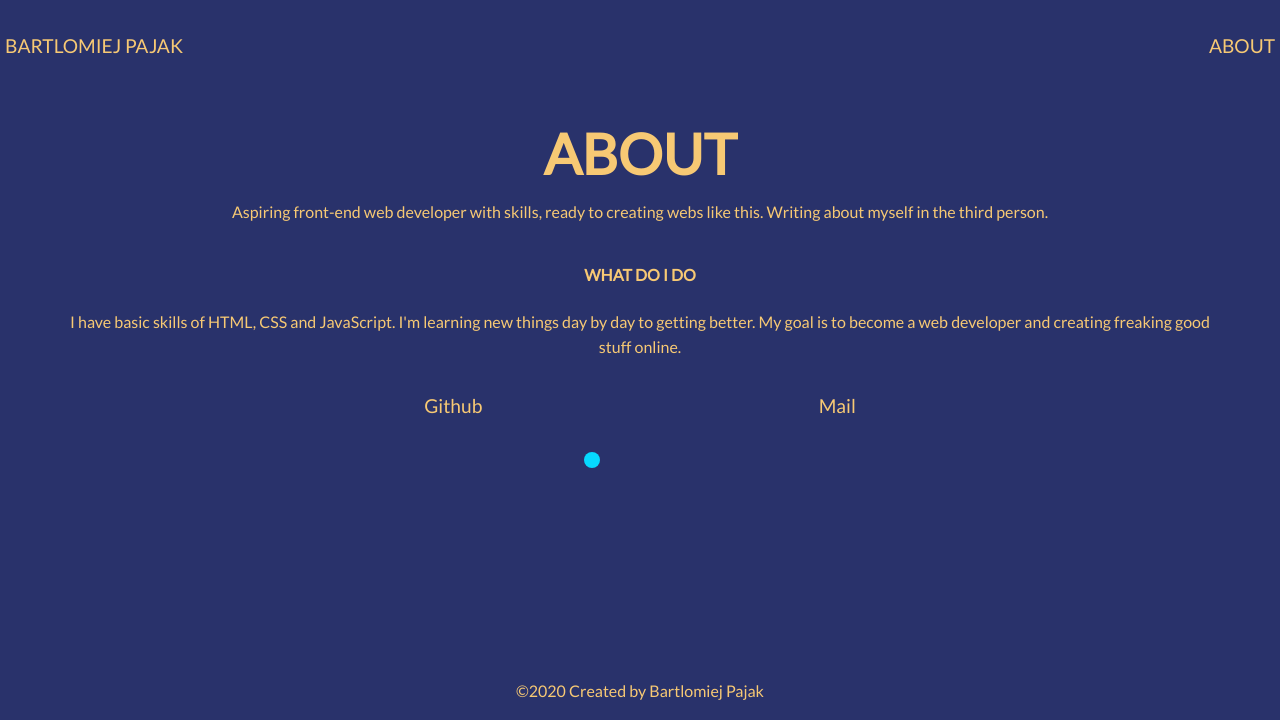
Repository: spidero7/personal-site
Page: about.html
The author's editor kept a copy of each file at every save. The page is drawn from the files as they stood at one save, then again after a run of saves.
The browser window is 1280 px wide. The pictures show the whole page.

Above is the page before, as saved 2020-04-16 23:09:12.

After the next 3 saves:
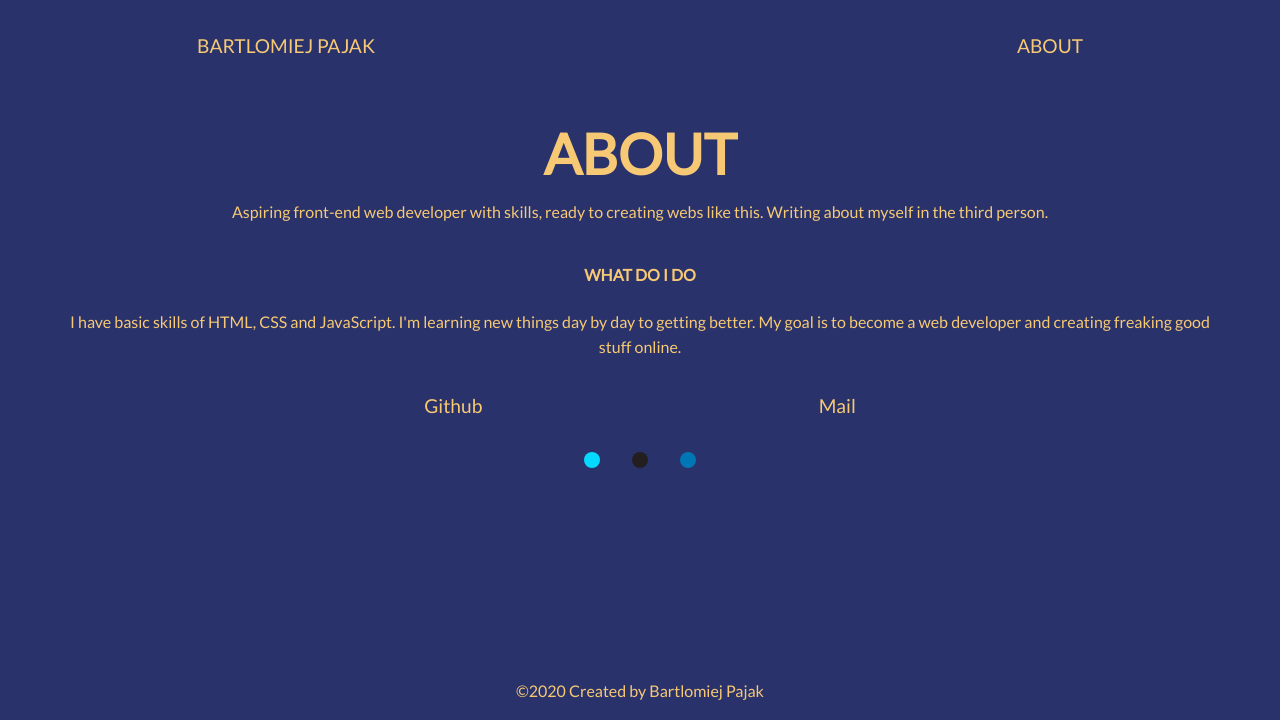
The 3 saves are shown as one change because they came seconds apart.
The last was saved 24 s later.
--- a/css/style.css
+++ b/css/style.css
@@ -127,7 +127,8 @@ a:hover {
 }
 
 .instagram {
-    background-color: #bc2a8d
+    background-color: #231F20;
+}
 
 .linkedin {
     background-color: #0077B5;
